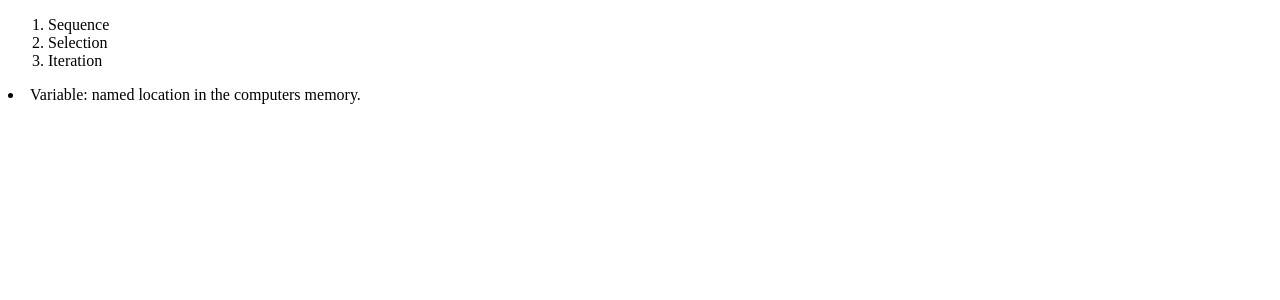
Repository: harleywolfley/wdd130
Page: spring25/cse110/cseindex.html
The author's editor kept a copy of each file at every save. The page is drawn from the files as they stood at one save, then again after the next save.
The browser window is 1280 px wide. The pictures show the whole page.

Above is the page before, as saved 2025-04-29 16:26:17.

### spring25/cse110/cseindex.html
<!DOCTYPE html>
<html>
    <head>

    </head>
    <body>
        <ol>
            <li>Sequence</li>
            <li>Selection</li>
            <li>Iteration</li>
        </ol>
        <li>Variable: named location in the computers memory.</li>
    </body>
</html>

After the next save:
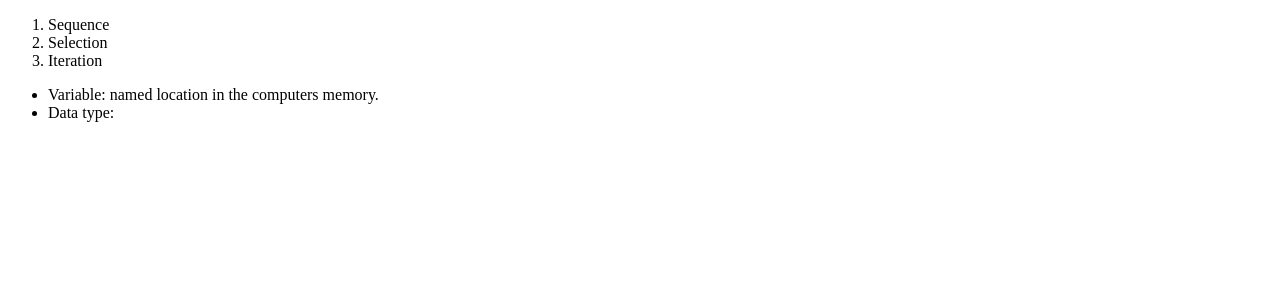
Saved 52 s later.
--- a/spring25/cse110/cseindex.html
+++ b/spring25/cse110/cseindex.html
@@ -9,6 +9,9 @@
             <li>Selection</li>
             <li>Iteration</li>
         </ol>
+        <ul>
         <li>Variable: named location in the computers memory.</li>
+        <li>Data type: </li>
+        </ul>
     </body>
 </html>
